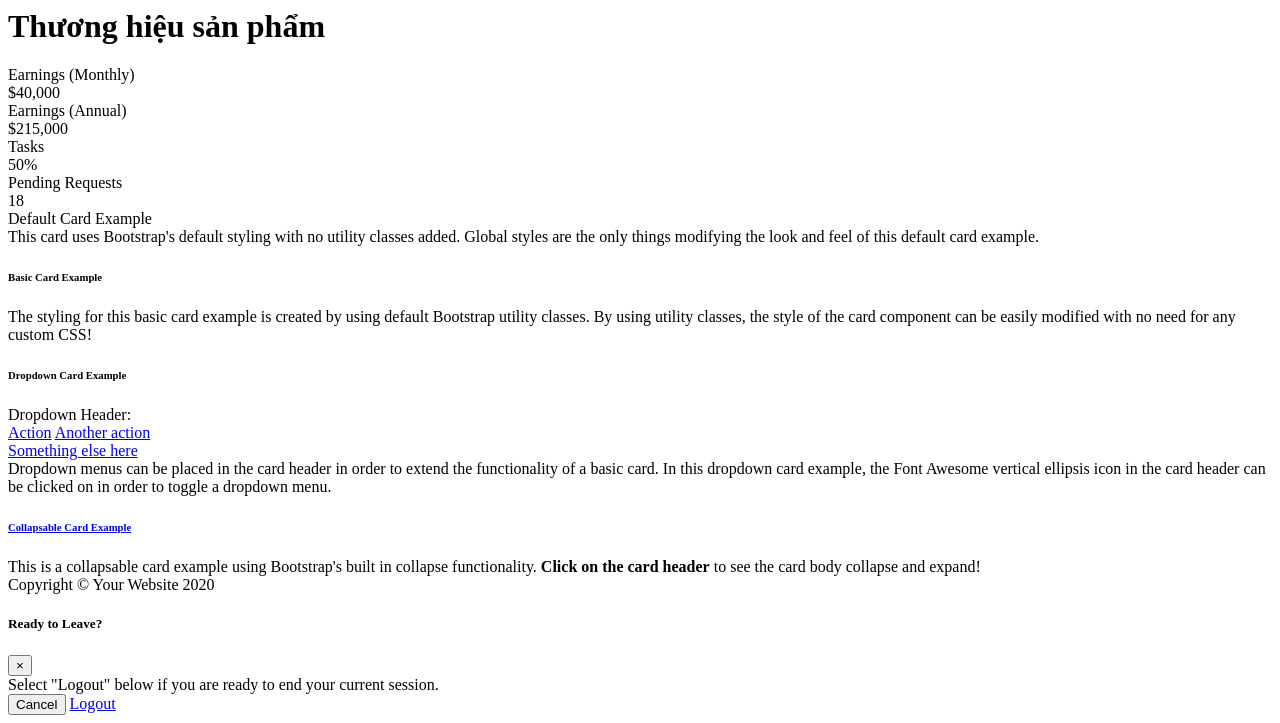
Repository: tuandh111/Java-6-asm
Page: Front-end/Java6_asm_/templates/admin/brands.html
These files come from the project's save history. The page is drawn as it stood at one moment and after the next save; the edit follows.
The browser window is 1280 px wide. The pictures show the whole page.

Above is the page before, as saved 2024-03-30 20:36:05.

### Front-end/Java6_asm_/templates/admin/brands.html
<!-- Page Wrapper -->
<div id="wrapper">

    <!-- Sidebar -->
    <ul class="navbar-nav bg-gradient-primary sidebar sidebar-dark accordion" id="accordionSidebar"
        ng-include="'component/admin/sidebar.html'">
    </ul>
    <!-- End of Sidebar -->

    <!-- Content Wrapper -->
    <div id="content-wrapper" class="d-flex flex-column">

        <!-- Main Content -->
        <div id="content">

            <!-- Topbar -->
            <nav class="navbar navbar-expand navbar-light bg-white topbar mb-4 static-top shadow"
                ng-include="'component/admin/content-nav.html'">
            </nav>
            <!-- End of Topbar -->

            <!-- Begin Page Content -->
            <div class="container-fluid">

                <!-- Page Heading -->
                <div class="d-sm-flex align-items-center justify-content-between mb-4">
                    <h1 class="h3 mb-0 text-gray-800">Thương hiệu sản phẩm</h1>
                </div>

                <div class="row">

                    <!-- Earnings (Monthly) Card Example -->
                    <div class="col-xl-3 col-md-6 mb-4">
                        <div class="card border-left-primary shadow h-100 py-2">
                            <div class="card-body">
                                <div class="row no-gutters align-items-center">
                                    <div class="col mr-2">
                                        <div class="text-xs font-weight-bold text-primary text-uppercase mb-1">
                                            Earnings (Monthly)</div>
                                        <div class="h5 mb-0 font-weight-bold text-gray-800">$40,000</div>
                                    </div>
                                    <div class="col-auto">
                                        <i class="fas fa-calendar fa-2x text-gray-300"></i>
                                    </div>
                                </div>
                            </div>
                        </div>
                    </div>

                    <!-- Earnings (Annual) Card Example -->
                    <div class="col-xl-3 col-md-6 mb-4">
                        <div class="card border-left-success shadow h-100 py-2">
                            <div class="card-body">
                                <div class="row no-gutters align-items-center">
                                    <div class="col mr-2">
                                        <div class="text-xs font-weight-bold text-success text-uppercase mb-1">
                                            Earnings (Annual)</div>
                                        <div class="h5 mb-0 font-weight-bold text-gray-800">$215,000</div>
                                    </div>
                                    <div class="col-auto">
                                        <i class="fas fa-dollar-sign fa-2x text-gray-300"></i>
                                    </div>
                                </div>
                            </div>
                        </div>
                    </div>

                    <!-- Tasks Card Example -->
                    <div class="col-xl-3 col-md-6 mb-4">
                        <div class="card border-left-info shadow h-100 py-2">
                            <div class="card-body">
                                <div class="row no-gutters align-items-center">
                                    <div class="col mr-2">
                                        <div class="text-xs font-weight-bold text-info text-uppercase mb-1">Tasks
                                        </div>
                                        <div class="row no-gutters align-items-center">
                                            <div class="col-auto">
                                                <div class="h5 mb-0 mr-3 font-weight-bold text-gray-800">50%</div>
                                            </div>
                                            <div class="col">
                                                <div class="progress progress-sm mr-2">
                                                    <div class="progress-bar bg-info" role="progressbar"
                                                        style="width: 50%" aria-valuenow="50" aria-valuemin="0"
                                                        aria-valuemax="100"></div>
                                                </div>
                                            </div>
                                        </div>
                                    </div>
                                    <div class="col-auto">
                                        <i class="fas fa-clipboard-list fa-2x text-gray-300"></i>
                                    </div>
                                </div>
                            </div>
                        </div>
                    </div>

                    <!-- Pending Requests Card Example -->
                    <div class="col-xl-3 col-md-6 mb-4">
                        <div class="card border-left-warning shadow h-100 py-2">
                            <div class="card-body">
                                <div class="row no-gutters align-items-center">
                                    <div class="col mr-2">
                                        <div class="text-xs font-weight-bold text-warning text-uppercase mb-1">
                                            Pending Requests</div>
                                        <div class="h5 mb-0 font-weight-bold text-gray-800">18</div>
                                    </div>
                                    <div class="col-auto">
                                        <i class="fas fa-comments fa-2x text-gray-300"></i>
                                    </div>
                                </div>
                            </div>
                        </div>
                    </div>
                </div>

                <div class="row">

                    <div class="col-lg-6">

                        <!-- Default Card Example -->
                        <div class="card mb-4">
                            <div class="card-header">
                                Default Card Example
                            </div>
                            <div class="card-body">
                                This card uses Bootstrap's default styling with no utility classes added. Global
                                styles are the only things modifying the look and feel of this default card example.
                            </div>
                        </div>

                        <!-- Basic Card Example -->
                        <div class="card shadow mb-4">
                            <div class="card-header py-3">
                                <h6 class="m-0 font-weight-bold text-primary">Basic Card Example</h6>
                            </div>
                            <div class="card-body">
                                The styling for this basic card example is created by using default Bootstrap
                                utility classes. By using utility classes, the style of the card component can be
                                easily modified with no need for any custom CSS!
                            </div>
                        </div>

                    </div>

                    <div class="col-lg-6">

                        <!-- Dropdown Card Example -->
                        <div class="card shadow mb-4">
                            <!-- Card Header - Dropdown -->
                            <div class="card-header py-3 d-flex flex-row align-items-center justify-content-between">
                                <h6 class="m-0 font-weight-bold text-primary">Dropdown Card Example</h6>
                                <div class="dropdown no-arrow">
                                    <a class="dropdown-toggle" href="#" role="button" id="dropdownMenuLink"
                                        data-toggle="dropdown" aria-haspopup="true" aria-expanded="false">
                                        <i class="fas fa-ellipsis-v fa-sm fa-fw text-gray-400"></i>
                                    </a>
                                    <div class="dropdown-menu dropdown-menu-right shadow animated--fade-in"
                                        aria-labelledby="dropdownMenuLink">
                                        <div class="dropdown-header">Dropdown Header:</div>
                                        <a class="dropdown-item" href="#">Action</a>
                                        <a class="dropdown-item" href="#">Another action</a>
                                        <div class="dropdown-divider"></div>
                                        <a class="dropdown-item" href="#">Something else here</a>
                                    </div>
                                </div>
                            </div>
                            <!-- Card Body -->
                            <div class="card-body">
                                Dropdown menus can be placed in the card header in order to extend the functionality
                                of a basic card. In this dropdown card example, the Font Awesome vertical ellipsis
                                icon in the card header can be clicked on in order to toggle a dropdown menu.
                            </div>
                        </div>

                        <!-- Collapsable Card Example -->
                        <div class="card shadow mb-4">
                            <!-- Card Header - Accordion -->
                            <a href="#collapseCardExample" class="d-block card-header py-3" data-toggle="collapse"
                                role="button" aria-expanded="true" aria-controls="collapseCardExample">
                                <h6 class="m-0 font-weight-bold text-primary">Collapsable Card Example</h6>
                            </a>
                            <!-- Card Content - Collapse -->
                            <div class="collapse show" id="collapseCardExample">
                                <div class="card-body">
                                    This is a collapsable card example using Bootstrap's built in collapse
                                    functionality. <strong>Click on the card header</strong> to see the card body
                                    collapse and expand!
                                </div>
                            </div>
                        </div>

                    </div>

                </div>

            </div>
            <!-- /.container-fluid -->

        </div>
        <!-- End of Main Content -->

        <!-- Footer -->
        <footer class="sticky-footer bg-white">
            <div class="container my-auto">
                <div class="copyright text-center my-auto">
                    <span>Copyright &copy; Your Website 2020</span>
                </div>
            </div>
        </footer>
        <!-- End of Footer -->

    </div>
    <!-- End of Content Wrapper -->

</div>
<!-- End of Page Wrapper -->

<!-- Scroll to Top Button-->
<a class="scroll-to-top rounded" href="#page-top">
    <i class="fas fa-angle-up"></i>
</a>

<!-- Logout Modal-->
<div class="modal fade" id="logoutModal" tabindex="-1" role="dialog" aria-labelledby="exampleModalLabel"
    aria-hidden="true">
    <div class="modal-dialog" role="document">
        <div class="modal-content">
            <div class="modal-header">
                <h5 class="modal-title" id="exampleModalLabel">Ready to Leave?</h5>
                <button class="close" type="button" data-dismiss="modal" aria-label="Close">
                    <span aria-hidden="true">×</span>
                </button>
            </div>
            <div class="modal-body">Select "Logout" below if you are ready to end your current session.</div>
            <div class="modal-footer">
                <button class="btn btn-secondary" type="button" data-dismiss="modal">Cancel</button>
                <a class="btn btn-primary" href="login.html">Logout</a>
            </div>
        </div>
    </div>
</div>

<!-- Bootstrap core JavaScript-->
<script src="../../assets/admin/js/vendor/jquery/jquery.min.js"></script>
<script src="../../assets/admin/js/vendor/bootstrap/js/bootstrap.bundle.min.js"></script>

<!-- Core plugin JavaScript-->
<script src="../../assets/admin/js/vendor/jquery-easing/jquery.easing.min.js"></script>

<!-- Custom scripts for all pages-->
<script src="../../assets/admin/js/sb-admin-2.min.js"></script>

Loaded but not shown: Front-end/Java6_asm_/assets/admin/js/vendor/jquery/jquery.min.js (library); Front-end/Java6_asm_/assets/admin/js/vendor/bootstrap/js/bootstrap.bundle.min.js (library); Front-end/Java6_asm_/assets/admin/js/vendor/jquery-easing/jquery.easing.min.js (common file); Front-end/Java6_asm_/assets/admin/js/sb-admin-2.min.js (common file)

After the next save:
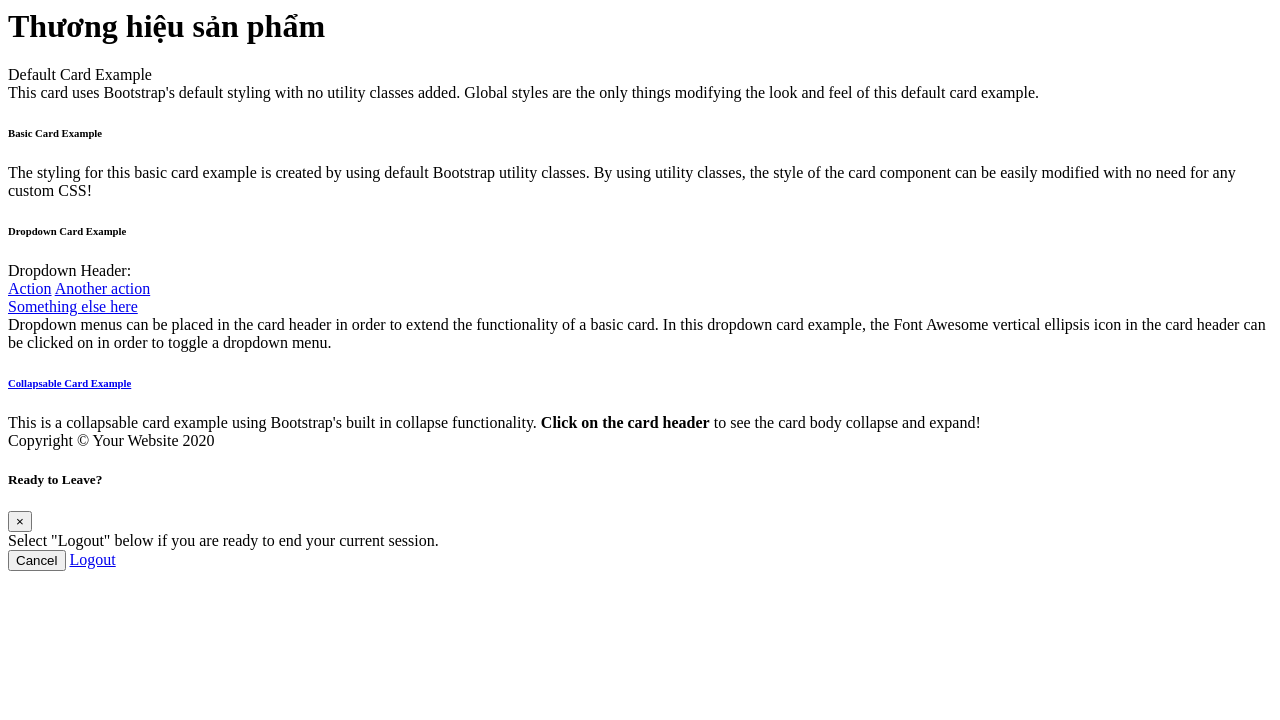
Saved 101 s later.
--- a/Front-end/Java6_asm_/templates/admin/brands.html
+++ b/Front-end/Java6_asm_/templates/admin/brands.html
@@ -25,92 +25,6 @@
                 <!-- Page Heading -->
                 <div class="d-sm-flex align-items-center justify-content-between mb-4">
                     <h1 class="h3 mb-0 text-gray-800">Thương hiệu sản phẩm</h1>
-                </div>
-
-                <div class="row">
-
-                    <!-- Earnings (Monthly) Card Example -->
-                    <div class="col-xl-3 col-md-6 mb-4">
-                        <div class="card border-left-primary shadow h-100 py-2">
-                            <div class="card-body">
-                                <div class="row no-gutters align-items-center">
-                                    <div class="col mr-2">
-                                        <div class="text-xs font-weight-bold text-primary text-uppercase mb-1">
-                                            Earnings (Monthly)</div>
-                                        <div class="h5 mb-0 font-weight-bold text-gray-800">$40,000</div>
-                                    </div>
-                                    <div class="col-auto">
-                                        <i class="fas fa-calendar fa-2x text-gray-300"></i>
-                                    </div>
-                                </div>
-                            </div>
-                        </div>
-                    </div>
-
-                    <!-- Earnings (Annual) Card Example -->
-                    <div class="col-xl-3 col-md-6 mb-4">
-                        <div class="card border-left-success shadow h-100 py-2">
-                            <div class="card-body">
-                                <div class="row no-gutters align-items-center">
-                                    <div class="col mr-2">
-                                        <div class="text-xs font-weight-bold text-success text-uppercase mb-1">
-                                            Earnings (Annual)</div>
-                                        <div class="h5 mb-0 font-weight-bold text-gray-800">$215,000</div>
-                                    </div>
-                                    <div class="col-auto">
-                                        <i class="fas fa-dollar-sign fa-2x text-gray-300"></i>
-                                    </div>
-                                </div>
-                            </div>
-                        </div>
-                    </div>
-
-                    <!-- Tasks Card Example -->
-                    <div class="col-xl-3 col-md-6 mb-4">
-                        <div class="card border-left-info shadow h-100 py-2">
-                            <div class="card-body">
-                                <div class="row no-gutters align-items-center">
-                                    <div class="col mr-2">
-                                        <div class="text-xs font-weight-bold text-info text-uppercase mb-1">Tasks
-                                        </div>
-                                        <div class="row no-gutters align-items-center">
-                                            <div class="col-auto">
-                                                <div class="h5 mb-0 mr-3 font-weight-bold text-gray-800">50%</div>
-                                            </div>
-                                            <div class="col">
-                                                <div class="progress progress-sm mr-2">
-                                                    <div class="progress-bar bg-info" role="progressbar"
-                                                        style="width: 50%" aria-valuenow="50" aria-valuemin="0"
-                                                        aria-valuemax="100"></div>
-                                                </div>
-                                            </div>
-                                        </div>
-                                    </div>
-                                    <div class="col-auto">
-                                        <i class="fas fa-clipboard-list fa-2x text-gray-300"></i>
-                                    </div>
-                                </div>
-                            </div>
-                        </div>
-                    </div>
-
-                    <!-- Pending Requests Card Example -->
-                    <div class="col-xl-3 col-md-6 mb-4">
-                        <div class="card border-left-warning shadow h-100 py-2">
-                            <div class="card-body">
-                                <div class="row no-gutters align-items-center">
-                                    <div class="col mr-2">
-                                        <div class="text-xs font-weight-bold text-warning text-uppercase mb-1">
-                                            Pending Requests</div>
-                                        <div class="h5 mb-0 font-weight-bold text-gray-800">18</div>
-                                    </div>
-                                    <div class="col-auto">
-                                        <i class="fas fa-comments fa-2x text-gray-300"></i>
-                                    </div>
-                                </div>
-                            </div>
-                        </div>
-                    </div>
                 </div>
 
                 <div class="row">
